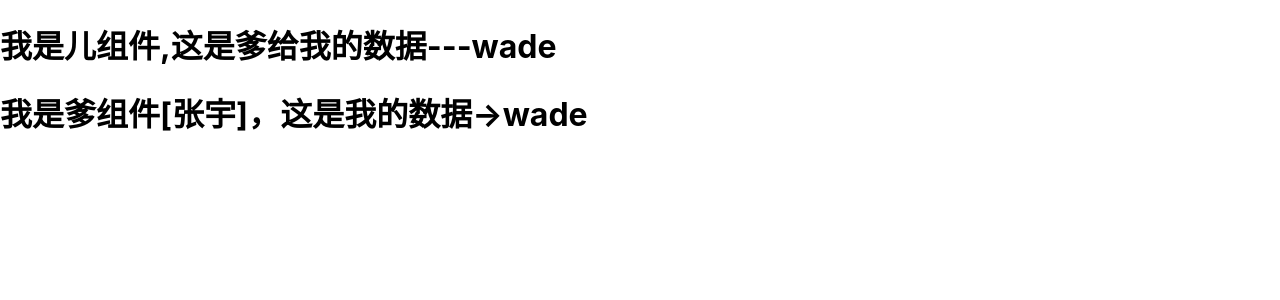
Repository: ZhangCoder0812/zf-react-project
Page: /
These files come from the project's save history. The page is drawn as it stood at one moment and after the next save; the edit follows.
The browser window is 1280 px wide. The pictures show the whole page.
The project was rebuilt for these pictures with package versions that can differ from the ones it lists, and the page was loaded fresh each time.

Above is the page before, as saved 2021-05-17 10:58:18.

### src/index.js
import React from "react";
import ReactDOM from "react-dom";
import "./index.css";
import App from "./App";

ReactDOM.render(
    <App className="我是父组件传的值" />, // 严格模式可能会导致多次渲染
    // <React.StrictMode>
    //   <App />
    // </React.StrictMode>,
    document.getElementById("root")
);

### src/App.js
import React from "react";
import Child from "./child";

class App extends React.Component {
    state = {
        name: "wade",
    };
    render() {
        let { name } = this.state;
        return (
            <div>
                <Child data={name} />
                <h1>我是爹组件[张宇]，这是我的数据->{name}</h1>
            </div>
        );
    }
}

export default App;

### src/child.js
import React from "react";

function child(props) {
    // props 父组件传的数据
    let { data } = props;
    return (
        <div>
            <h1>我是儿组件,这是爹给我的数据---{data}</h1>
        </div>
    );
}

export default child;

Loaded but not shown: public/index.html (common file); src/index.css (common file)

After the next save:
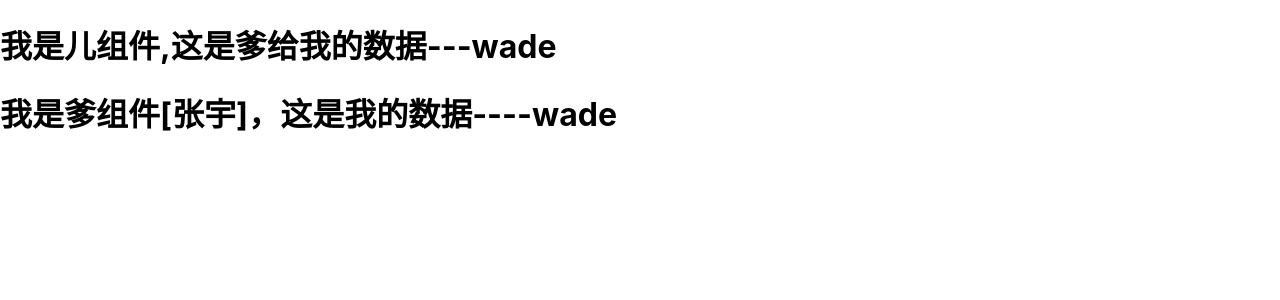
Saved 4 s later.
--- a/src/App.js
+++ b/src/App.js
@@ -10,7 +10,7 @@ class App extends React.Component {
         return (
             <div>
                 <Child data={name} />
-                <h1>我是爹组件[张宇]，这是我的数据->{name}</h1>
+                <h1>我是爹组件[张宇]，这是我的数据----{name}</h1>
             </div>
         );
     }
